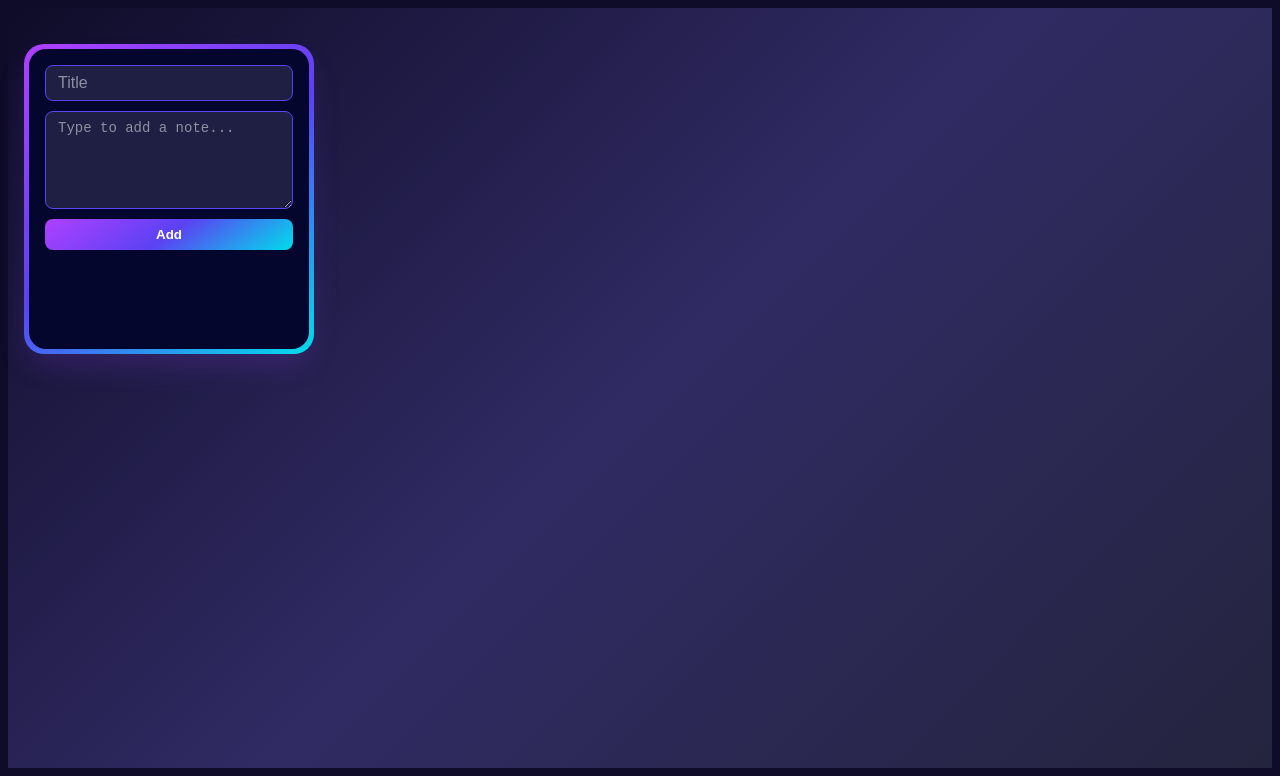
Repository: AJANI2005/Notes-App
Page: /
These files come from the project's save history. The page is drawn as it stood at one moment and after the next save; the edit follows.
The browser window is 1280 px wide. The pictures show the whole page.
The project was rebuilt for these pictures with package versions that can differ from the ones it lists, and the page was loaded fresh each time. Also part of the build but not shown: vite.config.ts, src/style/dialogbox.css, src/DialogBox.tsx.

Above is the page before, as saved 2025-07-31 18:34:59.

### src/index.css
:root {
  font-family: system-ui, Avenir, Helvetica, Arial, sans-serif;
  font-synthesis: none;
  text-rendering: optimizeLegibility;
  -webkit-font-smoothing: antialiased;
  -moz-osx-font-smoothing: grayscale;
}

html {
  background-color: #0f0c29;
}

### src/App.tsx
import { useEffect, useState } from 'react';

// styles
import "./App.css"
import "./style/note.css"
import DialogBox from './DialogBox';


interface Note {
  id: number
  title: string;
  text: string;
}

const Note = () => {
  const [text, setText] = useState('');
  const [title, setTitle] = useState('');


  //Initialize Local Storage
  useEffect(() => {
    if (!localStorage.getItem("notes")) {
      localStorage.setItem("notes", JSON.stringify([]))
    }
    if (localStorage.getItem("title")) {
      setTitle(JSON.parse(localStorage.getItem("title")!))
    }
    if (localStorage.getItem("text")) {
      setText(JSON.parse(localStorage.getItem("text")!))
    }
  }, [])

  // Store Current Data (On Refresh)
  useEffect(() => {
    if (text === '' && title === '') return
    localStorage.setItem("title", JSON.stringify(title))
    localStorage.setItem("text", JSON.stringify(text))
  }, [text, title])

  const createNote = () => {
    const note = {
      id: Date.now(),
      title: title,
      text: text
    } as Note

    // add note
    const notes = JSON.parse(localStorage.getItem("notes")!)
    notes.push(note)
    localStorage.setItem("notes", JSON.stringify(notes))

    // reset state
    setTitle("")
    setText("")
    localStorage.setItem("title", JSON.stringify(""))
    localStorage.setItem("text", JSON.stringify(""))
  }

  return (
    <form className='note'>
      <div className="note-content">
        <input
          value={title}
          placeholder='Title'
          onChange={(e) => setTitle(e.target.value)}
          type="text" className='note-title-input' />
        <textarea
          value={text}
          onChange={(e) => setText(e.target.value)}
          className='note-input'
          placeholder='Type to add a note...'></textarea>
        <button className='addBtn' onClick={createNote}>Add</button>
      </div>

    </form>
  )
}

function App() {

  const [notes, setNotes] = useState([]);



  const [editing, setEditing] = useState(false);
  const [currentNote, setCurrentNote] = useState<Note | undefined>(undefined);


  //Initialize Local Storage
  useEffect(() => {
    if (localStorage.getItem("notes")) {
      setNotes(JSON.parse(localStorage.getItem("notes")!))
    }
  }, [])

  //Save current note
  const saveNote = () => {
    const notes = JSON.parse(localStorage.getItem("notes")!)
    const index = notes.findIndex((note: Note) => note.id === currentNote?.id)
    notes[index] = currentNote
    localStorage.setItem("notes", JSON.stringify(notes))
    setEditing(false)
    // refresh
    window.location.reload()
  }
  //Delete note
  const deleteNote = () => {
    const notes = JSON.parse(localStorage.getItem("notes")!)
    const index = notes.findIndex((note: Note) => note.id === currentNote?.id)
    notes.splice(index, 1)
    localStorage.setItem("notes", JSON.stringify(notes))
    setEditing(false)
    // refresh
    window.location.reload()
  }

  return (
    <div className='app'>
      <Note />
      {/* Display Notes */}
      <div className='notes-grid'>
        {notes.map((note: Note, index) => (
          <div key={index} className='note'>
            <div className='note-content'>
              <h2 className='note-title'>{note.title}</h2>
              <p className='note-text'>{note.text}</p>
              <button className='deleteBtn'
                onClick={deleteNote}>✖</button>
              <button className='editBtn' onClick={() => {
                setEditing(true);
                setCurrentNote(note);
              }}
              >📝</button>
            </div>
          </div>))}
      </div>

      {/* Edit Dialog Box */}
      <DialogBox isOpen={editing} onClose={() => setEditing(false)}>
        <form className='note'>
          <div className='note-content'>
            <input
              value={currentNote?.title}
              placeholder='Title'
              onChange={(e) => setCurrentNote({ ...currentNote, title: e.target.value } as Note)}
              type="text" className='note-title-input' />

            <textarea
              value={currentNote?.text}
              onChange={(e) => setCurrentNote({ ...currentNote, text: e.target.value } as Note)}
              className='note-input'
              placeholder='Type to add a note...'></textarea>

            <button className='addBtn' onClick={() => {
              saveNote()
              setEditing(false)
            }}>Save</button>
          </div>
        </form>
      </DialogBox>
    </div>
  )
}

export default App

### src/App.css
.app {
  margin: 0;
  font-family: 'Inter', sans-serif;
  background: linear-gradient(135deg, #0f0c29, #302b63, #24243e);
  min-height: 100vh;
  padding: 20px 0;
  color: white;
}

### src/style/note.css
/* Outer Note Card - gradient like .card */
.note {
  display: flex;
  flex-direction: column;
  padding: 5px; /* leave room for inner card content */
  width: 280px;
  height: 300px; /* optional fixed height for card-like look */
  border-radius: 20px;
  background-image: linear-gradient(144deg, #AF40FF, #5B42F3 50%, #00DDEB);
  box-shadow: rgba(151, 65, 252, 0.2) 0 15px 30px -5px;
  position: relative;
  margin: 16px;
  transition: transform 0.2s ease;
}

.note:hover {
  transform: translateY(-3px);
}

/* Inner dark content like .card__content */
.note-content {
  background: rgb(5, 6, 45); /* dark inner content */
  border-radius: 17px;
  flex: 1;
  padding: 16px;
  display: flex;
  flex-direction: column;
  gap: 10px;
  padding-bottom: 50px; /* make space for delete/edit buttons */
  color: white;
  position: relative;
}

/* Title input */
.note-title-input {
  padding: 8px 12px;
  font-size: 16px;
  font-weight: 500;
  border-radius: 8px;
  border: 1px solid #5B42F3;
  background: rgba(255,255,255,0.1);
  color: white;
  outline: none;
  transition: 0.2s;
}

.note-title-input::placeholder {
  color: rgba(255,255,255,0.5);
}

.note-title-input:focus {
  border-color: #00DDEB;
}

/* Textarea input */
.note-input {
  min-height: 80px;
  resize: vertical;
  padding: 8px 12px;
  font-size: 14px;
  border-radius: 8px;
  border: 1px solid #5B42F3;
  background: rgba(255,255,255,0.1);
  color: white;
  outline: none;
  transition: 0.2s;
}

.note-input::placeholder {
  color: rgba(255,255,255,0.5);
}

.note-input:focus {
  border-color: #00DDEB;
}

/* Add Button - matches gradient theme */
.addBtn {
  background-image: linear-gradient(144deg, #AF40FF, #5B42F3 50%, #00DDEB);
  color: white;
  border: none;
  padding: 8px 12px;
  border-radius: 8px;
  font-weight: 600;
  cursor: pointer;
  transition: transform 0.2s ease;
}

.addBtn:hover {
  transform: scale(1.05);
}

/* Delete and Edit Buttons */
.deleteBtn,
.editBtn {
  position: absolute;
  bottom: 12px;
  border: none;
  padding: 6px 10px;
  font-size: 14px;
  border-radius: 6px;
  cursor: pointer;
  color: white;
  transition: transform 0.2s ease, background-color 0.2s ease;
}

.deleteBtn {
  left: 12px;
  background-color: #ff6b6b;
}

.deleteBtn:hover {
  background-color: #e63946;
  transform: scale(1.05);
}

.editBtn {
  left: 65px;
  background-color: #4ff10f;
  color: #111;
}

.editBtn:hover {
  background-color: #49d611;
  transform: scale(1.05);
}

/* Title of the note */
.note-title {
  font-size: 18px;
  font-weight: 600;
  color: white;
  margin-bottom: 8px;
}

/* Text content of the note */
.note-text {
  font-size: 14px;
  color: rgba(255,255,255,0.85);
  line-height: 1.5;
  white-space: pre-wrap; /* respect \n */
}

/* Grid for all notes */
.notes-grid {
  display: grid;
  grid-template-columns: repeat(auto-fill, minmax(250px, 1fr));
  gap: 20px;
  padding: 20px;
  justify-items: center;
}

Loaded but not shown: index.html (common file); src/main.tsx (common file)

After the next save:
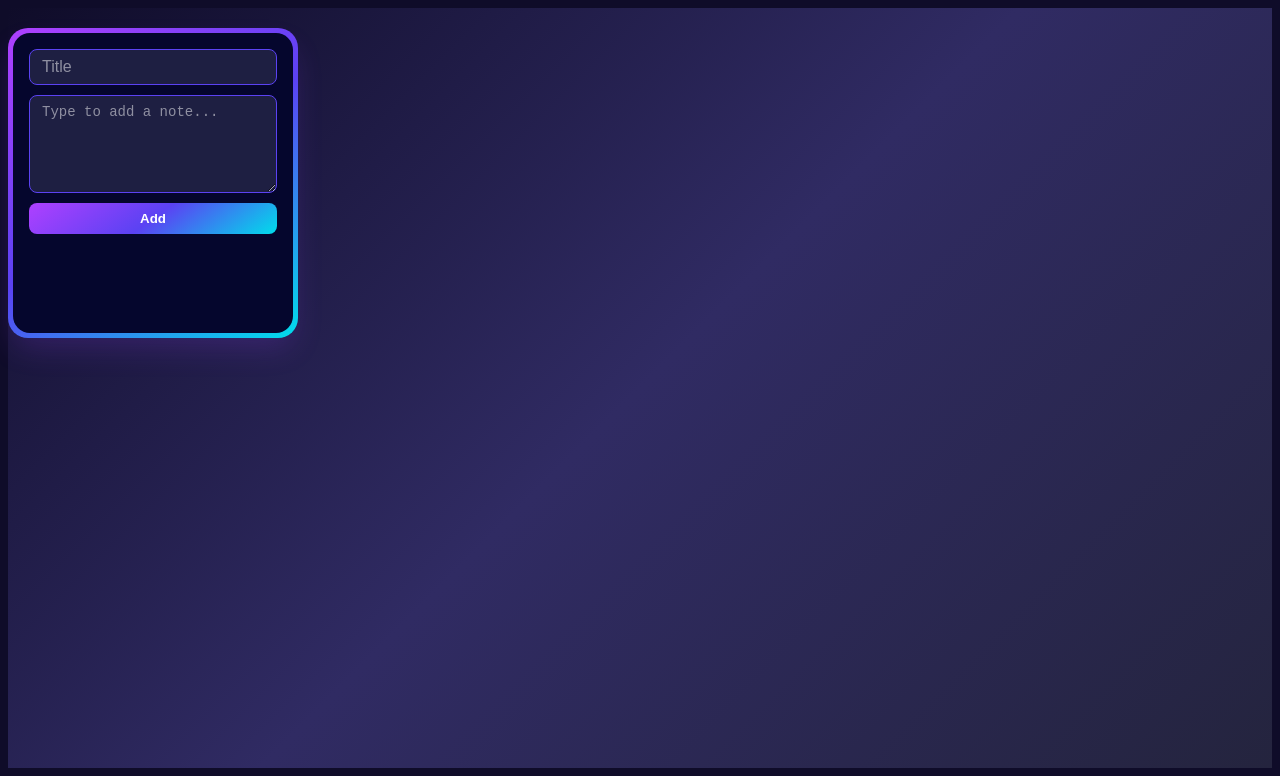
Saved 4 s later.
--- a/src/style/note.css
+++ b/src/style/note.css
@@ -9,7 +9,6 @@
   background-image: linear-gradient(144deg, #AF40FF, #5B42F3 50%, #00DDEB);
   box-shadow: rgba(151, 65, 252, 0.2) 0 15px 30px -5px;
   position: relative;
-  margin: 16px;
   transition: transform 0.2s ease;
 }
 
